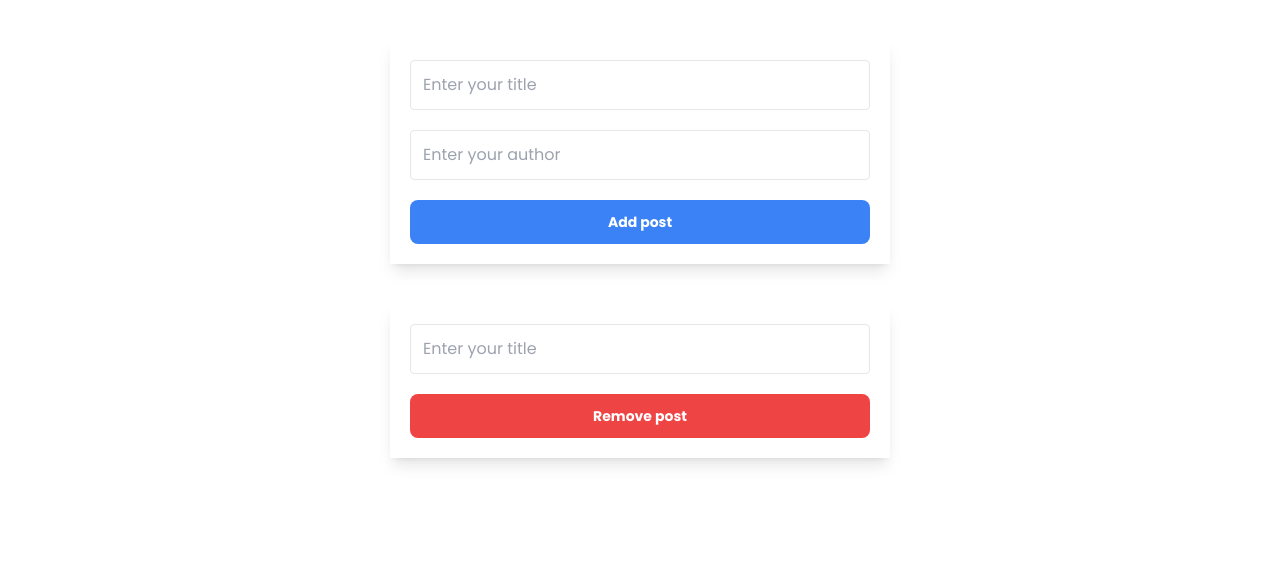
Repository: ThanhPhongsof/React-Course
Page: /
An editor plug-in stored every save of this project. The page is shown before and after the next save, followed by the edit.
The browser window is 1280 px wide. The pictures show the whole page.
The page's requests for data from a server got no answer. The project was rebuilt for these pictures with package versions that can differ from the ones it lists, and the page was loaded fresh each time. No one was signed in, and anything a server would have sent is missing.

Above is the page before, as saved 2022-04-27 20:37:57.

### src/index.js
import React from "react";
import ReactDOM from "react-dom";
import App from "./App";
import reportWebVitals from "./reportWebVitals";
import "./index.scss";
import { BrowserRouter } from "react-router-dom";

// ReactDOM.render(
//   <React.StrictMode>
//     <BrowserRouter>
//       <App />
//     </BrowserRouter>
//   </React.StrictMode>,
//   document.getElementById("root")
// );

ReactDOM.render(
  <BrowserRouter>
    <App />
  </BrowserRouter>,
  document.getElementById("root")
);

// If you want to start measuring performance in your app, pass a function
// to log results (for example: reportWebVitals(console.log))
// or send to an analytics endpoint. Learn more: https://bit.ly/CRA-vitals
reportWebVitals();

### src/App.js
import React from "react";
import FirebaseApp from "./firebase/FirebaseApp";

const App = () => {
  return (
    <div>
      <FirebaseApp></FirebaseApp>
    </div>
  );
};

export default App;

### src/index.scss
@tailwind base;
@tailwind components;
@tailwind utilities;

@layer base {
  @import url("https://fonts.googleapis.com/css2?family=Poppins:wght@300;400;500;700&display=swap");
  body {
    font-family: "Poppins", sans-serif;
  }
}
.skeleton {
  background-color: #eee;
  background-image: linear-gradient(
    110deg,
    #ececec 8%,
    #f5f5f5 18%,
    #ececec 33%
  );
  background-size: 200% 100%;
  animation: 1.5s shine linear infinite;
}
@keyframes shine {
  to {
    background-position-x: -200%;
  }
}
.zoom-enter .content {
  opacity: 0;
  transform: scale(0.5);
}
.zoom-enter-active .content {
  opacity: 1;
  transform: scale(1);
}
.zoom-exit .content {
  opacity: 1;
}
.zoom-exit-active .content {
  opacity: 0;
  transform: scale(0.5);
}

// Fade

.fade-enter .tooltip {
  opacity: 0;
}
.fade-enter-active .tooltip {
  opacity: 1;
}
.fade-exit .tooltip {
  opacity: 1;
}
.fade-exit-active .tooltip {
  opacity: 0;
}

### src/firebase/FirebaseApp.js
import {
  collection,
  getDocs,
  addDoc,
  deleteDoc,
  doc,
} from "firebase/firestore";
import React, { useEffect, useState } from "react";
import { db } from "./firebase-config";

const FirebaseApp = () => {
  const colRef = collection(db, "posts");

  const [title, setTitle] = useState("");
  const [author, setAuthor] = useState("");
  const [postId, setPostId] = useState("");
  const [posts, setPosts] = useState([]);

  useEffect(() => {
    // 1. Get collection data (posts)
    getDocs(colRef)
      .then((snapshot) => {
        console.log(snapshot);
        let posts = [];
        snapshot.docs.forEach((doc) => {
          posts.push({
            id: doc.id,
            ...doc.data(),
          });
        });
        setPosts(posts);
      })
      .catch((err) => {
        console.log(err);
      });
  }, []);

  const handleAddPost = (e) => {
    e.preventDefault();
    addDoc(colRef, {
      title,
      author,
    })
      .then(() => {
        console.log("success");
      })
      .catch((err) => {
        console.log(err);
      });
  };

  const handleRemovePost = async (e) => {
    e.preventDefault();
    const colRefDelete = doc(db, "posts", postId);
    await deleteDoc(colRefDelete);
    console.log("success");
  };

  return (
    <div className="p-10">
      <div className="w-full max-w-[500px] mx-auto shadow-lg p-5 mb-10">
        <form onSubmit={handleAddPost}>
          <input
            type="text"
            name="title"
            className="w-full p-3 mb-5 border border-gray-200 rounded outline-none focus:border-blue-500"
            placeholder="Enter your title"
            onChange={(e) => setTitle(e.target.value)}
          />
          <input
            type="text"
            name="author"
            className="w-full p-3 mb-5 border border-gray-200 rounded outline-none focus:border-blue-500"
            placeholder="Enter your author"
            onChange={(e) => setAuthor(e.target.value)}
          />
          <button
            type="submit"
            className="w-full p-3 text-sm font-semibold text-white bg-blue-500 rounded-lg"
          >
            Add post
          </button>
        </form>
      </div>
      <div className="w-full max-w-[500px] mx-auto shadow-lg p-5 mb-10">
        <form onSubmit={handleRemovePost}>
          <input
            type="text"
            name="postId"
            className="w-full p-3 mb-5 border border-gray-200 rounded outline-none focus:border-blue-500"
            placeholder="Enter your title"
            onChange={(e) => setPostId(e.target.value)}
          />
          <button
            type="submit"
            className="w-full p-3 text-sm font-semibold text-white bg-red-500 rounded-lg"
          >
            Remove post
          </button>
        </form>
      </div>
    </div>
  );
};

export default FirebaseApp;

### src/firebase/firebase-config.js
import { initializeApp } from "firebase/app";
import { getFirestore } from "firebase/firestore";

const firebaseConfig = {
  apiKey: "AIzaSyC355FgwykDKntB_YGE6tMUu9vuh2xR9gM",
  authDomain: "learn-firebase-14a19.firebaseapp.com",
  projectId: "learn-firebase-14a19",
  storageBucket: "learn-firebase-14a19.appspot.com",
  messagingSenderId: "687668366156",
  appId: "1:687668366156:web:1a8d11b45bd537e9fe9de9",
  measurementId: "G-VD0FPZ8499",
};

// Initialize Firebase
const app = initializeApp(firebaseConfig);

// Init services
export const db = getFirestore(app);

### tailwind.config.js
module.exports = {
  content: ["./src/**/*.{js,jsx,ts,tsx}"],
  theme: {
    extend: {
      backgroundImage: {
        "primary-gradient": `linear-gradient(
          86.88deg,
          #7d6aff 1.38%,
          #ffb86c 64.35%,
          #fc2872 119.91%
        )`,
        "secondary-gradient": `linear-gradient(86.88deg, #20e3b2, #2cccff)`,
      },
    },
  },
  plugins: [],
};

Loaded but not shown: public/index.html (common file); src/reportWebVitals.js (common file)

After the next save:
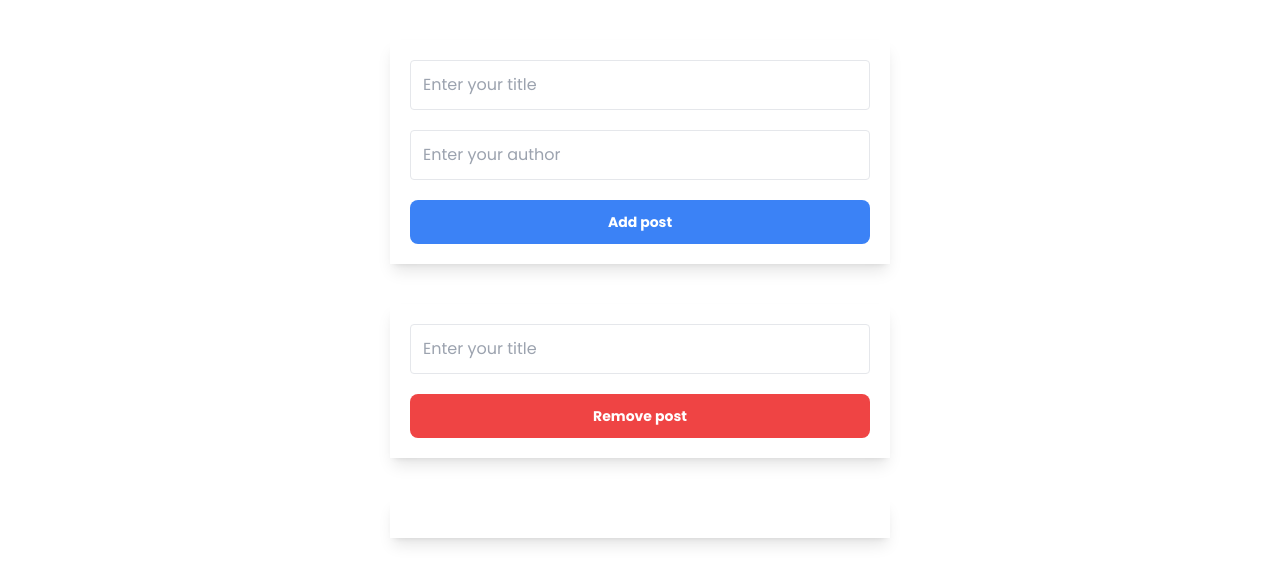
Saved 114 s later.
--- a/src/firebase/FirebaseApp.js
+++ b/src/firebase/FirebaseApp.js
@@ -28,6 +28,7 @@ const FirebaseApp = () => {
             ...doc.data(),
           });
         });
+        console.log({ posts });
         setPosts(posts);
       })
       .catch((err) => {
@@ -99,6 +100,11 @@ const FirebaseApp = () => {
           </button>
         </form>
       </div>
+      <div className="w-full max-w-[500px] mx-auto shadow-lg p-5 mb-10">
+        {posts?.map((item) => (
+          <div key={item.title}></div>
+        ))}
+      </div>
     </div>
   );
 };
